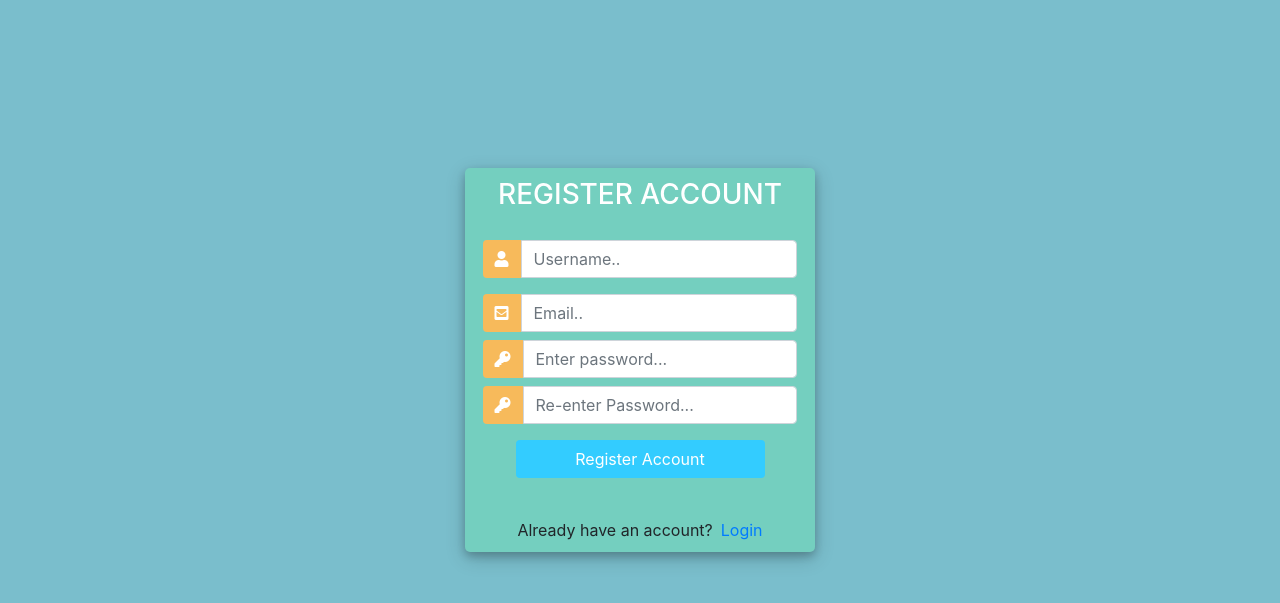
Repository: rohollah-naghipour/Login-form
Page: http://localhost/register/
These files come from the project's save history. The page is drawn as it stood at one moment and after the next save; the edit follows.
The browser window is 1280 px wide. The pictures show the whole page.
Some web libraries are served in a nearby version. The page is served by the project's application, run on Django 5.2 (manage.py). Other server files are loaded and not shown.

Above is the page before, as saved 2024-12-07 13:39:11.

### users/templates/register.html


<html>

<head>
	<title>Login</title>
	<link rel="stylesheet" href="https://stackpath.bootstrapcdn.com/bootstrap/4.1.3/css/bootstrap.min.css" integrity="sha384-MCw98/SFnGE8fJT3GXwEOngsV7Zt27NXFoaoApmYm81iuXoPkFOJwJ8ERdknLPMO" crossorigin="anonymous">
	<script src="https://ajax.googleapis.com/ajax/libs/jquery/3.3.1/jquery.min.js"></script>
	<link rel="stylesheet" href="https://use.fontawesome.com/releases/v5.6.1/css/all.css" integrity="sha384-gfdkjb5BdAXd+lj+gudLWI+BXq4IuLW5IT+brZEZsLFm++aCMlF1V92rMkPaX4PP" crossorigin="anonymous">

	<style>
		body,
		html {
			margin: 0;
			padding: 0;
			height: 100%;
			background: #7abecc !important;
		}
		.user_card {
			width: 350px;
			margin-top: auto;
			margin-bottom: auto;
			background: #74cfbf;
			position: relative;
			display: flex;
			justify-content: center;
			flex-direction: column;
			padding: 10px;
			box-shadow: 0 4px 8px 0 rgba(0, 0, 0, 0.2), 0 6px 20px 0 rgba(0, 0, 0, 0.19);
			-webkit-box-shadow: 0 4px 8px 0 rgba(0, 0, 0, 0.2), 0 6px 20px 0 rgba(0, 0, 0, 0.19);
			-moz-box-shadow: 0 4px 8px 0 rgba(0, 0, 0, 0.2), 0 6px 20px 0 rgba(0, 0, 0, 0.19);
			border-radius: 5px;

		}

		.form_container {
			margin-top: 20px;
		}

		#form-title{
			color: #fff;
		}
		.login_btn {
			width: 100%;
			background: #33ccff !important;
			color: white !important;
		}
		.login_btn:focus {
			box-shadow: none !important;
			outline: 0px !important;
		}
		.login_container {
			padding: 0 2rem;
		}
		.input-group-text {
			background: #f7ba5b !important;
			color: white !important;
			border: 0 !important;
			border-radius: 0.25rem 0 0 0.25rem !important;
		}
		.input_user,
		.input_pass:focus {
			box-shadow: none !important;
			outline: 0px !important;
		}

	</style>

</head>
<body>
	<div class="container h-100">
		<div class="d-flex justify-content-center h-100">
			<div class="user_card">
				<div class="d-flex justify-content-center">
					<h3 id="form-title">REGISTER ACCOUNT</h3>
				</div>
				<div class="d-flex justify-content-center form_container">

					<form method="POST" action="">
						{% csrf_token %}
						<div class="input-group mb-3">
							<div class="input-group-append">
								<span class="input-group-text"><i class="fas fa-user"></i></span>
							</div>
							<input type="text" name="username">
						</div>
						<div class="input-group mb-2">
							<div class="input-group-append">
								<span class="input-group-text"><i class="fas fa-envelope-square"></i></span>
							</div>
							<input type="email" name="email">
						</div>
						<div class="input-group mb-2">
							<div class="input-group-append">
								<span class="input-group-text"><i class="fas fa-key"></i></span>
							</div>
							<input type="text" name="password1">
						</div>
						<div class="input-group mb-2">
							<div class="input-group-append">
								<span class="input-group-text"><i class="fas fa-key"></i></span>
							</div>
							<input type="text" name="password2">
						</div>

				   		<div class="d-flex justify-content-center mt-3 login_container">
				 			<input class="btn login_btn" type="submit" value="Register Account">
				   		</div>
					</form>
				</div>

				<div class="mt-4">
					<div class="d-flex justify-content-center links">
						Already have an account? <a href="{% url 'login' %}" class="ml-2">Login</a>
					</div>
				</div>
			</div>
		</div>
	</div>
	<script>
						/* Because i didnt set placeholder values in forms.py they will be set here using vanilla Javascript
		//We start indexing at one because CSRF_token is considered and input field
		 */

		//Query All input fields
		var form_fields = document.getElementsByTagName('input')
		form_fields[1].placeholder='Username..';
		form_fields[2].placeholder='Email..';
		form_fields[3].placeholder='Enter password...';
		form_fields[4].placeholder='Re-enter Password...';


		for (var field in form_fields){
			form_fields[field].className += ' form-control'
		}
	</script>
</body>
</html>

### users/views.py
from django.shortcuts import redirect
from django.http import HttpResponse
from django.contrib.auth.forms import UserCreationForm
from django.shortcuts import render
from django.contrib.auth import login,authenticate,logout

from .models import User
from .forms import CreateUserForm


def registerPage(request):
    if request.method == 'POST':
        username = request.POST['username']
        email = request.POST['email']
        password = request.POST['password']
        user = User.objects.create_user(username= username, email= email, password=password)
        login(request,user)
        return redirect('login/')
    return render(request, 'register.html',status = 200)

def loginPage(request):
    if request.method == 'POST':
        username = request.POST['username']
        password = request.POST['password']

        user = authenticate(request, username = username, password=password)
        if user is not None:
            login(request, user)
            return redirect('Home/')
        else:
            return render(request, 'login.html', {'error': 'Invalid username or password'})
    return render(request, 'login.html')

def homepage(request):
    return render(request, 'Home.html', status=200)

### Login_form/urls.py


from django.contrib import admin
from django.urls import path, include


urlpatterns = [
    path('admin/', admin.site.urls),
    path('', include('users.urls')),
]

### users/urls.py
from django.urls import path
from . import views


urlpatterns = [
    path('register/', views.registerPage ,name = 'register'),
    path('login/', views.loginPage, name = 'login'),
    path('register/login/Home/', views.homepage, name = 'home'),
    path('register/login/', views.loginPage, name = 'login'),
    path('login/Home/', views.homepage, name = 'home')
]

After the next save:
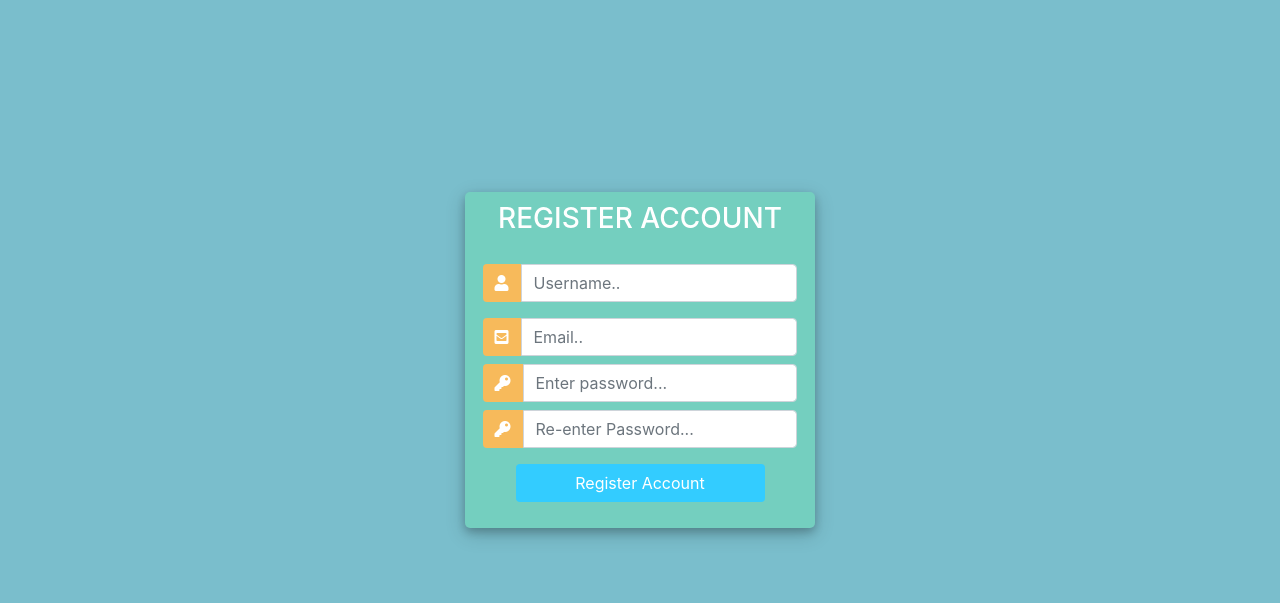
Saved 3 min 19 s later.
--- a/users/templates/register.html
+++ b/users/templates/register.html
@@ -109,11 +109,7 @@
 					</form>
 				</div>
 
-				<div class="mt-4">
-					<div class="d-flex justify-content-center links">
-						Already have an account? <a href="{% url 'login' %}" class="ml-2">Login</a>
-					</div>
-				</div>
+
 			</div>
 		</div>
 	</div>

After the save that followed:
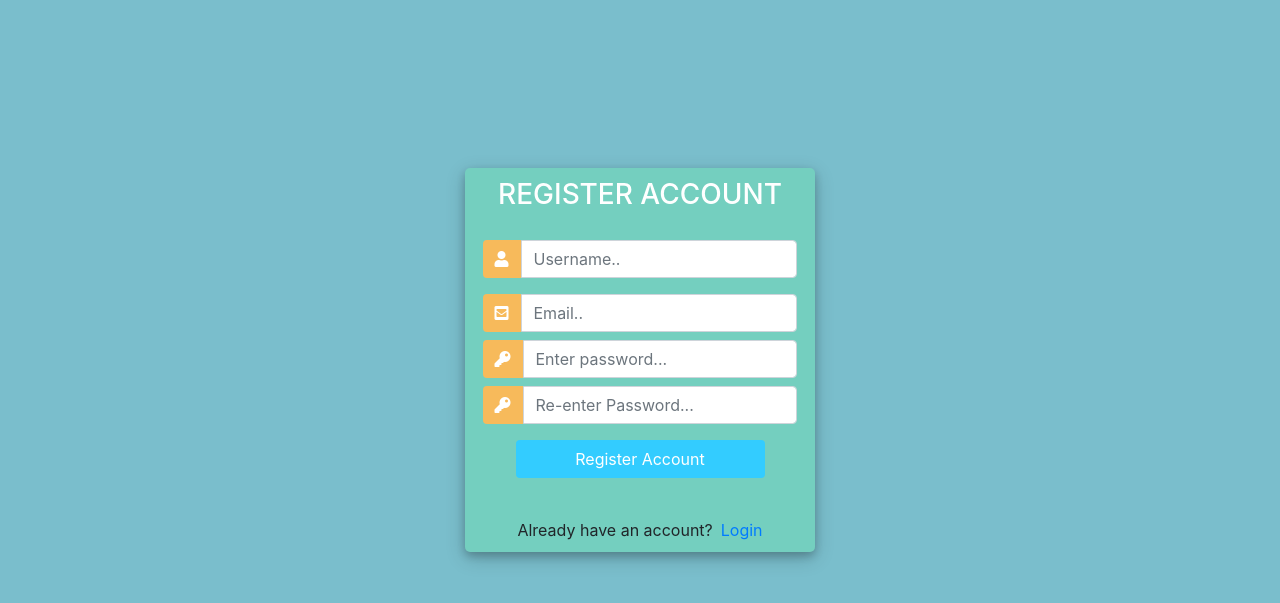
Saved 45 s later.
--- a/users/templates/register.html
+++ b/users/templates/register.html
@@ -109,7 +109,11 @@
 					</form>
 				</div>
 
-
+				<div class="mt-4">
+					<div class="d-flex justify-content-center links">
+						Already have an account? <a href="{% url 'login' %}" class="ml-2">Login</a>
+					</div>
+				</div>
 			</div>
 		</div>
 	</div>
